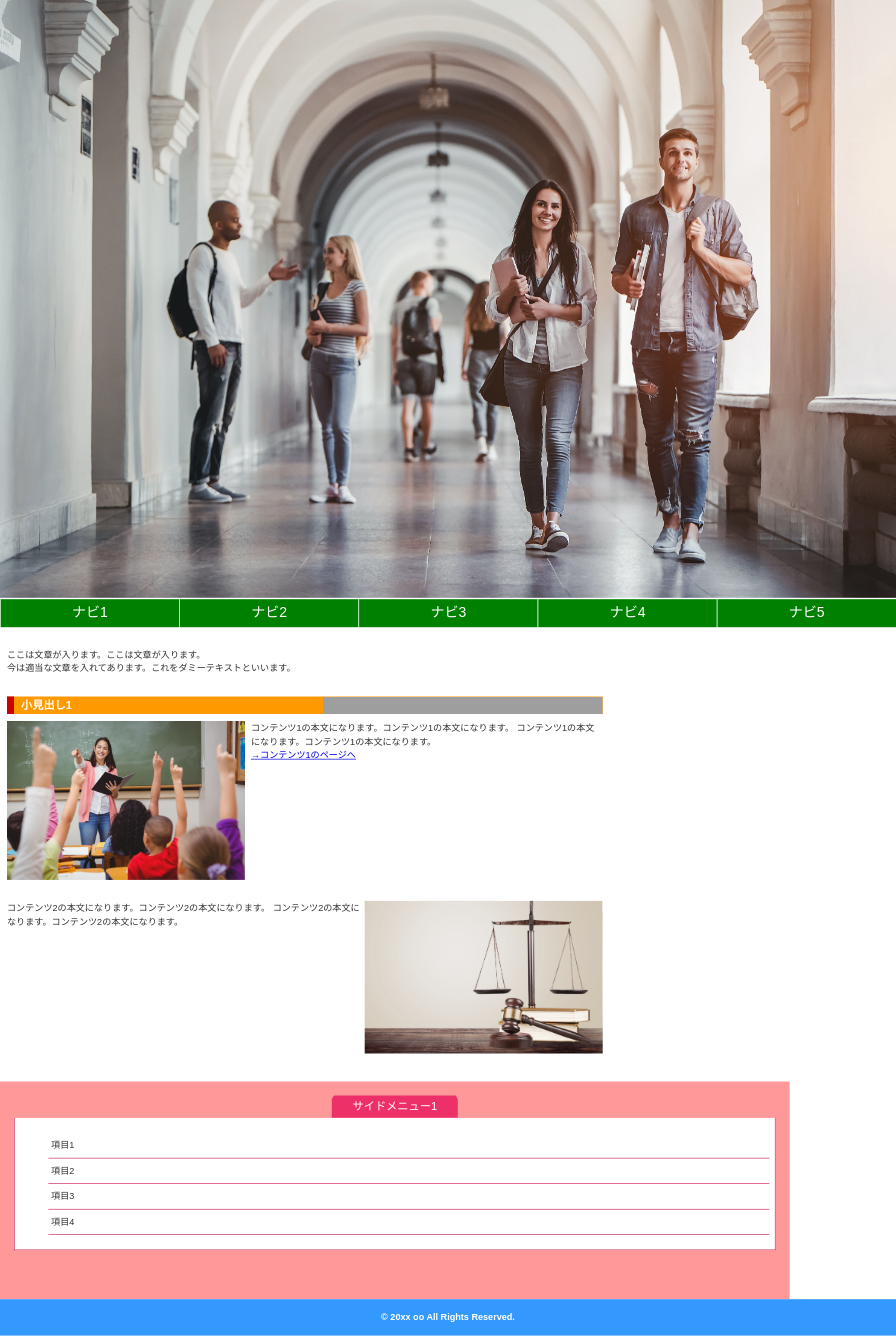
Repository: ootsukam/samurai_HTML-CSS
Page: home.html
The author's editor kept a record of every edit. The page is drawn from the files as they stood at one moment, then again after the next edit.
The browser window is 1280 px wide. The pictures show the whole page, at 70% of full size.
Pictures or frames that could not be fetched are drawn as grey boxes.

Above is the page before.

### home.html
<!DOCTYPE html>
<html lang="ja">
 <head>
    <meta charset="UTF-8">
    <title>HTML/CSSの学習</title>
    <link rel="stylesheet" href="stylesheet.css">
 </head>
 <body>
    <div id="header">
     <h1><a href="index.html"><img id="corridor" src="images/corridor.jpg" alt="大学の廊下" /></a></h1>
    </div>
    <div id="wraapper">
       <div id="nav">
        <ul>
         <li><a href="home.html">ナビ1</a></li>
         <li><a href="#">ナビ2</a></li>
         <li><a href="#">ナビ3</a></li>
         <li><a href="#">ナビ4</a></li>
         <li><a href="#">ナビ5</a></li>
        </ul>
       </div>
         <div id="container">
          <div id="main">
            <div class="post">
             <p>ここは文章が入ります。ここは文章が入ります。<br />今は適当な文章を入れてあります。これをダミーテキストといいます。</p>
          </div>
          <div class="post clearfix">
           <h2>小見出し1</h2>
           <img class="left" src="images/classroom.jpg" alt="授業風景" />
           <p>
            コンテンツ1の本文になります。コンテンツ1の本文になります。
            コンテンツ1の本文になります。コンテンツ1の本文になります。
            </p>
            <p><a href="#">→コンテンツ1のページへ</a></p>
          </div>
          <div class="post clearfix">
           <h2小見出し2</h2>
            <img class="right" src="images/scale.jpg" alt="天秤" />
            <p>
             コンテンツ2の本文になります。コンテンツ2の本文になります。
             コンテンツ2の本文になります。コンテンツ2の本文になります。
            </p>
         　　 </div>
           </div>
          </div>
           <div id="side">
            <div class="box">
             <h2>サイドメニュー1</h2>
             <div class="boxBody">
              <ul>
                <li>項目1</li>
                <li>項目2</li>
                <li>項目3</li>
                <li>項目4</li>
              </ul>
             </div>
            </div>
           </div>
    </div>
    <div id="footer">
     <p>&copy; 20xx oo All Rights Reserved.</p>
    </div>
 </body>
</html>

### stylesheet.css
@charset "utf-8";

body {
    margin: 0;
    padding: 0;
    font-family: "ヒラギノ角ゴ　Pro W3", "Hiragino Kaku Gothic Pro", "メイリオ", Meiryo, Osaka, "MS Pゴジッグ", "MS PGothic",sans-serif;
    color: #333;
    font-size: 13px;
    line-height: 150%;
}

/* ----------wrapper ----------*/
#wrapper {
    width: 100%;
    margin: auto;
    padding: 0px;
    border: 0px;
    background-color: #FFF;
    top: 10px;
    position: relative;
}

/* ---------- header ----------*/
#header {
    width: 100%;
}
#header h1 {
    margin: 0%;
    padding: 0%;
}

#corridor {
    width: 100%;
    height: auto;
}

/* ---------- footer ----------*/
#footer {
    clear: both;
    width: 100%;
    padding: 3px 0 3px 0;
    background: #39F;
    color: #FFF;
    font-weight: bold;
    text-align: center;
}

/* -------------------- nav -------------------- */
#nav {
	width: 100%;
}
#nav ul {
    display: flex;
	margin: 0;
	padding: 0;
	list-style-type: none;
}
#nav ul li {
	width: 20%;
	text-align: center;
}
#nav ul li a {
	display: block;
	border-left: 1px solid white;
	height: 20px;
	margin: 0;
	padding: 10px;
	color: #FFF;
	font-size: 20px;
	text-decoration: none;
	background-color: green;
}

#nav ul li a:hover {
     filter: drop-shadow(10px 10px 10px black);
}

/* ---------- container ----------*/
#container {
    width: 100%;
    margin: auto;
    padding: auto;
    padding-top: 20px;
    clear: both;
    display: grid;
    grid-template-columns: 70vw 30vw;
}

/* ----------main ----------*/
#main {
    width: 95%;
    padding: 10px 30px 10px 10px;
}
#main h2 {
    margin: 0 0 10px 0;
    padding: 3px 10px 3px 10px;
    color: #FFF;
    font-size: 16px;
    border-left: solid 10px #C00;
    background: #F90 url(../images/main_h2.jpg) right top repeat-y;
}
#main p {
    margin: 0;
    padding: 0;
}
#main .post {
    margin: 0 0 30px 0;
}
#main .post img-right {
    margin: 0 0 0 8px;
}
#main .post img.left {
    margin: 0 8px 0 0;
}

.right {
    float: right;
    width: 40%;
    height: auto;
}
.left {
    float: left;
    width: 40%;
    height: auto;
}

/* ---------- clearfix ----------*/
.clearfix {
    zoom: 1;
}
.clearfix:after{
    content: "";
    display: block;
    clear: both;
}

/* ---------- side ----------*/
#side {
    width: 85%;
    padding: 20px;
    background-color: #F99;
}
#side .box {
    margin: 0 auto 30px auto;
    padding: 0 0 20px 0;
    background: url(images/side_box.png) botoom no-repeat;
}
#side .box h2 {
    margin: 0;
    padding: 8px;
    text-align: center;
    color: #fff;
    font-size: 16px;
    line-height: 16px;
    font-weight: normal;
    background: url(images/side_box_h2.png)center no-repeat;
}
#side .box .boxBody {
    padding: 8px;
    border-right: solid 1px #C36;
    border-bottom: solid 1px #C36;
    border-left: solid 1px #C36;
    background:#fff;
}
#side .box .boxBody ul li {
    padding: 8px 0 8px 4px;
    list-style: none;
    border-bottom: solid 1px #C36;
}
#side .box .boxBody ul li:hover {
    padding: 8px 0 8px 4px;
    list-style: none;
    border-bottom: solid 1px #C36;
    box-shadow: 0px 4px 4px rgba(0, 0, 0, 0.3)
}

After the next edit:
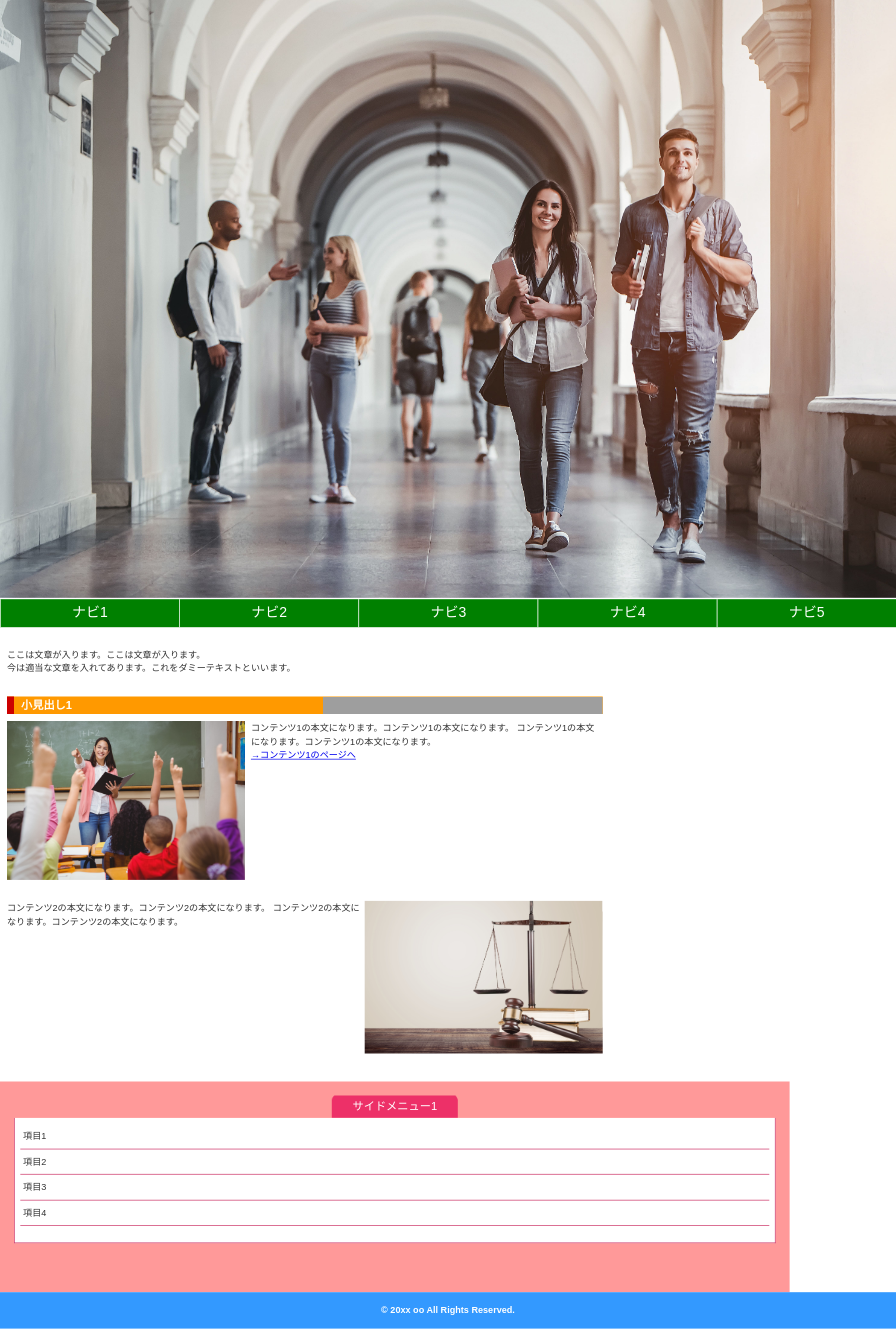
The edit:
--- a/stylesheet.css
+++ b/stylesheet.css
@@ -162,6 +162,10 @@
     border-left: solid 1px #C36;
     background:#fff;
 }
+#side .box .boxBody ul {
+    margin: 0 0 16px 0;
+    padding: 0;
+}
 #side .box .boxBody ul li {
     padding: 8px 0 8px 4px;
     list-style: none;
